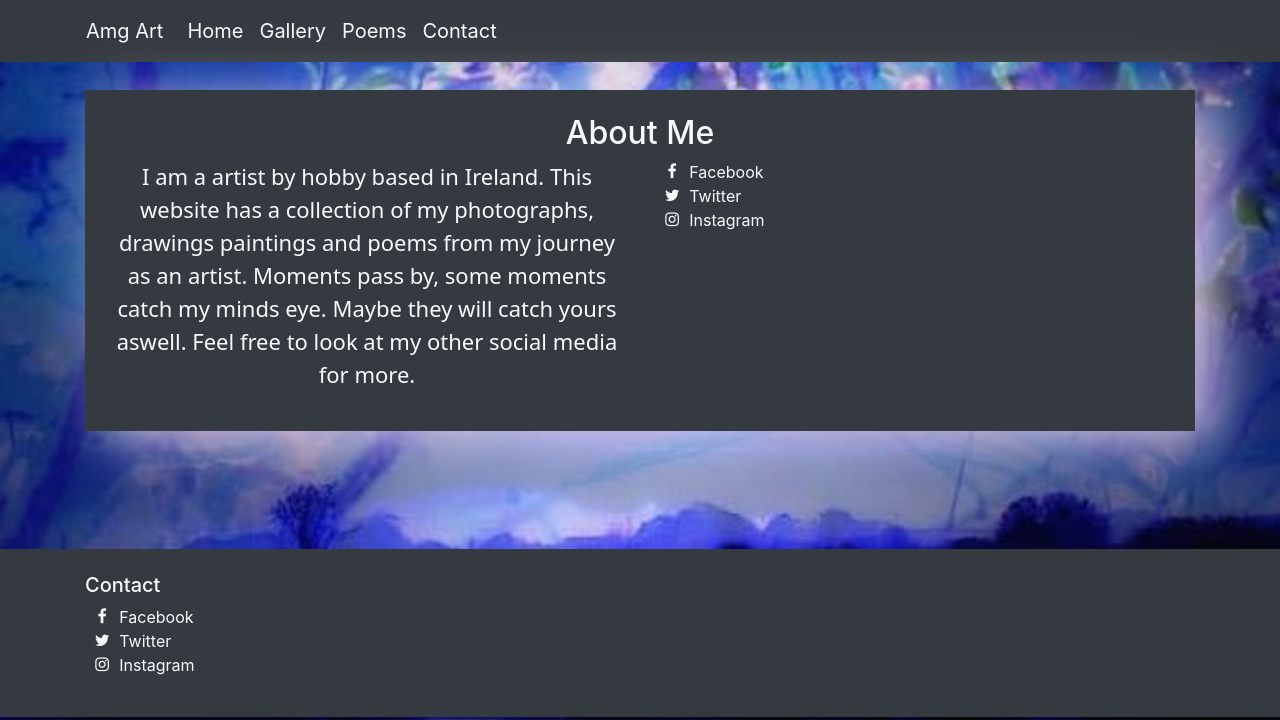
Repository: AllenGleeson/AmgArtGallery
Page: contact.html
The author's editor kept a record of every edit. The page is drawn from the files as they stood at one moment, then again after the next edit.
The browser window is 1280 px wide. The pictures show the whole page.

Above is the page before.

After the next edit:
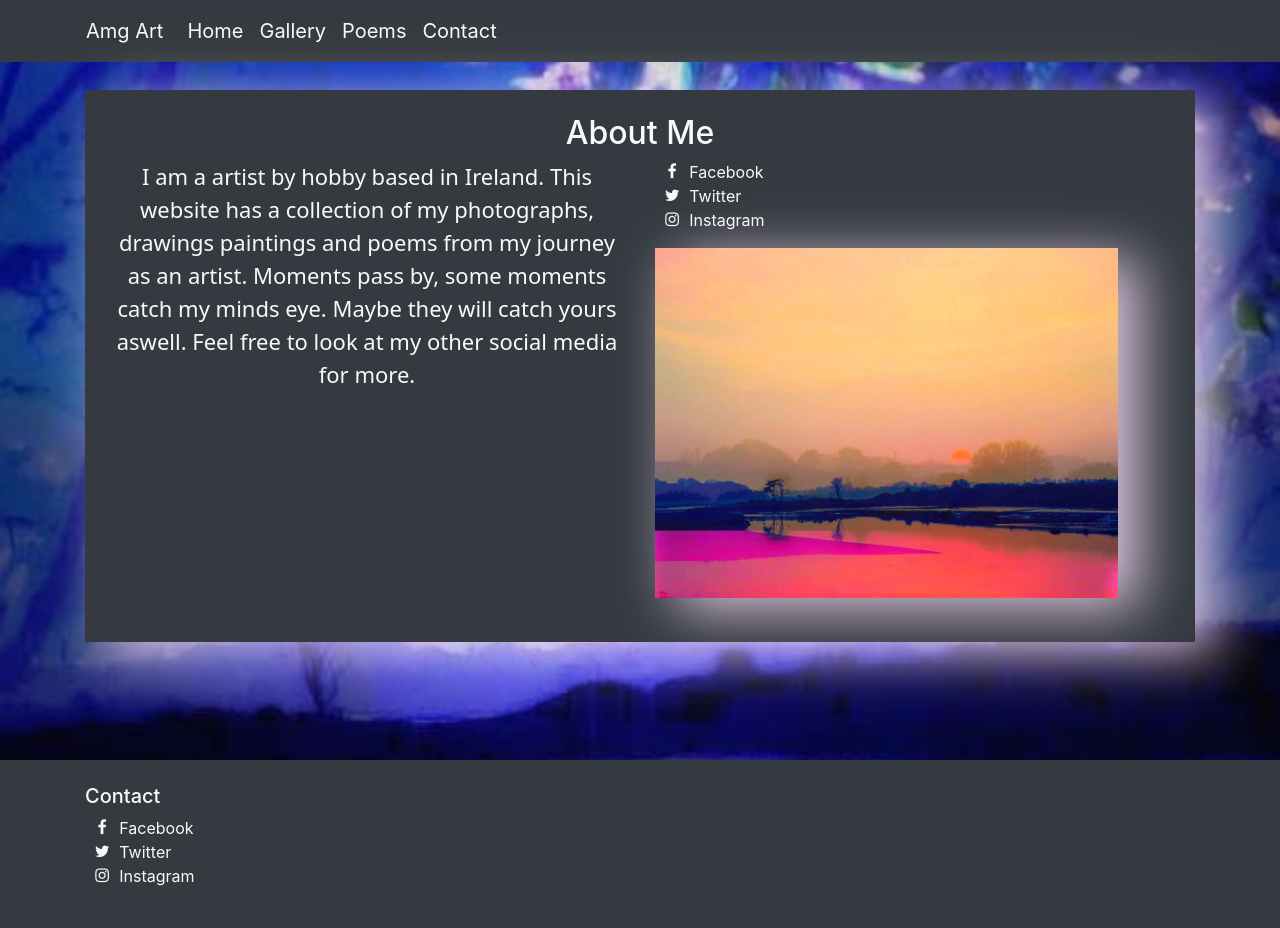
The edit:
--- a/contact.html
+++ b/contact.html
@@ -46,6 +46,7 @@
                             <li><a href="www.twitter.com/amgasdsd" class="text-light"><i class="fa-li fa fa-twitter"></i><span>Twitter</span></a></li>
                             <li><a href="www.instagram.com/amgasdsd" class="text-light"><i class="fa-li fa fa-instagram"></i><span>Instagram</span></a></li>
                         </ul>
+                        <img src="assets/images/pinkandred.jpg" id="aboutImage"></img>
                     </div>
                 </div>
             </div>
